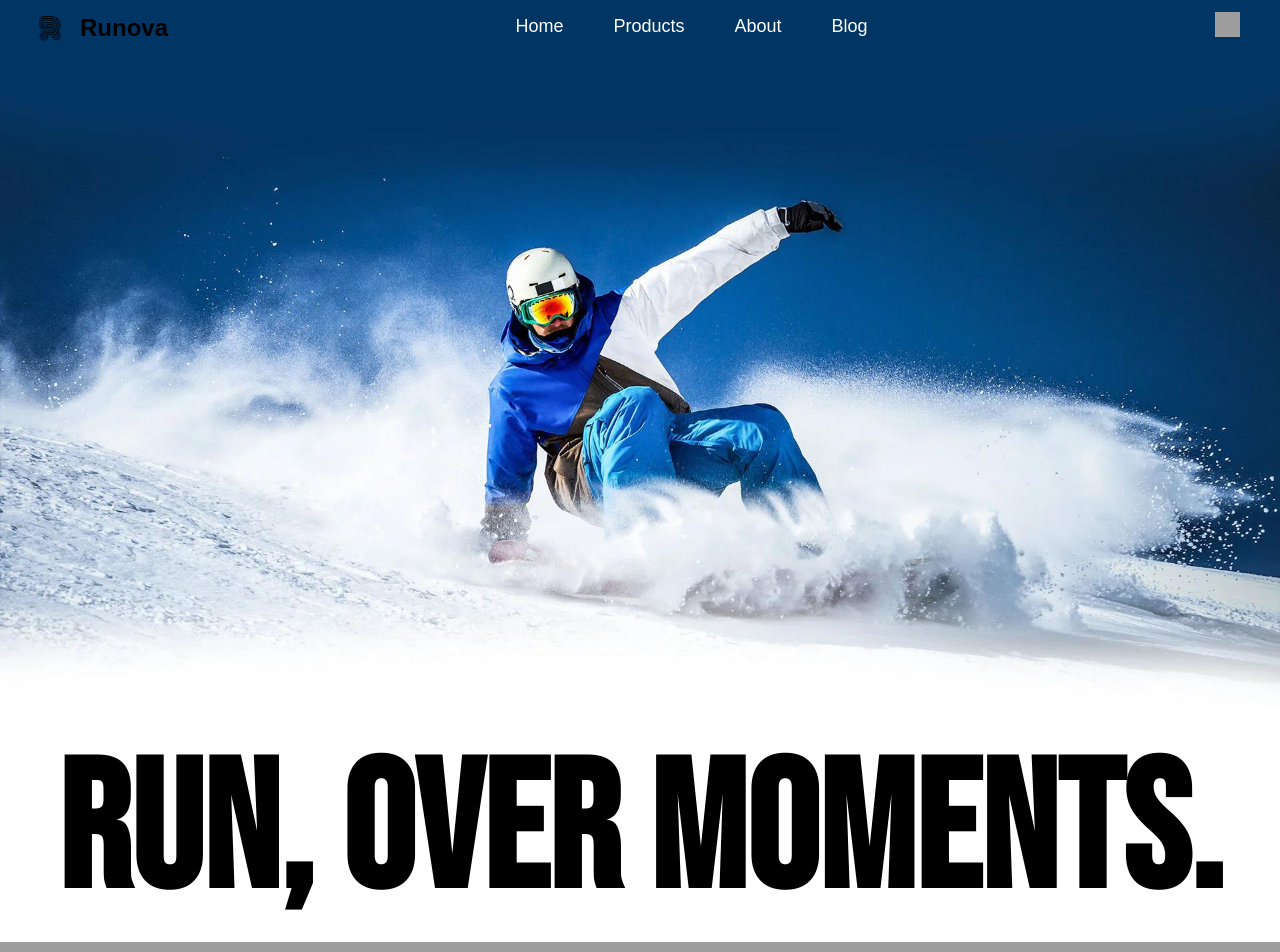
Repository: bluemoonsunshine/E-commerce-Website-Runova
Page: index.html
An editor plug-in stored every save of this project. The page is shown before and after a run of saves, followed by the edit.
The browser window is 1280 px wide. The pictures show the part of the page from y = 0 to 952 px (the page is 2893 px tall).
Pictures or frames that could not be fetched are drawn as grey boxes. Some web fonts or font styles are not loaded; a fallback is used.

Above is the page before, as saved 2024-09-25 22:58:40.

### index.html
<!DOCTYPE html>
<html lang="en">

<head>
  <meta charset="UTF-8">
  <meta name="viewport" content="width=device-width, initial-scale=1.0">
  <title>Runova</title>
  <link href="https://fonts.googleapis.com/css2?family=Anybody:wght@700&family=Bebas+Neue&display=swap"
    rel="stylesheet">
  <link href="https://fonts.googleapis.com/css2?family=Material+Symbols+Outlined" rel="stylesheet">
  <link rel="stylesheet" href="styles.css">
</head>

<body>
  <nav class="navbar">
    <div class="logo-container">
      <img src="logo/RunovaLogo.png" alt="Runova Logo">
      <span class="logo-text">Runova</span>
    </div>
    <ul>
      <li><a href="./home1.html">Home</a></li>
      <li><a href="#products">Products</a></li>
      <li><a href="#about">About</a></li>
      <li><a href="#blog">Blog</a></li>
    </ul>
    <a href="#cart"><img src="logo/shopping_cart.png" id="cart-icon" alt="Cart"></a>
  </nav>

  <div class="homepage">
    <img src="homepagebg.png" id="homepagebg">
    <h1></h1>
  </div>

<div class="container">
  <h1><span id="run">Run, over Moments.</span></h1>
  <video id="vid" poster="FeaturedVideo.webm" preload="metadata" autoplay muted loop>
    <source src="./FeaturedVideo.webm" type="video/mp4">
  </video>
</div>

<div id="ads">
  <div class="overlay-container">
    <img id="feat1" src="bg-featured.webp" alt="Featured Background">
    <button id="btn1">Join Now</button>
    <img id="kai-title" src="title-feat.png" alt="Title Image">
  </div>
</div>


    <div class="features">
      <div class="feature">
        <img src="logo/shipping.png" alt="" class="featureIcon" />
        <span class="featureTitle">FREE SHIPPING</span>
        <span class="featureDesc">Free worldwide shipping on all orders.</span>
      </div>
      <div class="feature">
        <img class="featureIcon" src="logo/return.png" alt="" />
        <span class="featureTitle">30 DAYS RETURN</span>
        <span class="featureDesc">No question return and easy refund in 14 days.</span>
      </div>
      <div class="feature">
        <img class="featureIcon" src="logo/gift.png" alt="" />
        <span class="featureTitle">GIFT CARDS</span>
        <span class="featureDesc">Buy gift cards and use coupon codes easily.</span>
      </div>
      <div class="feature">
        <img class="featureIcon" src="./logo/contact.png" alt="" />
        <span class="featureTitle">CONTACT US!</span>
        <span class="featureDesc">Keep in touch via email and support system.</span>
      </div>
    </div>











  <a href="#top" class="go-top-btn" data-go-top></a>
    <ion-icon name="arrow-up-outline"></ion-icon>
  </a>

  <script src="app.js"></script>
</body>

</html>

### styles.css
*{
    margin: 0;
    padding: 0;
    box-sizing: border-box;
}

body {
    font-family: Anybody, sans-serif;
    min-height: 200vh;
    background-color: rgba(255, 255, 255, 0.5);
    overflow-x: hidden;
}

.navbar {
    position: sticky;
    top: 0;
    display: flex;
    align-items: center;
    justify-content: space-between;
    background-color: #013564;
    padding: 10px 30px;
    z-index: 1000;
    transition: background 0.3s, padding 0.3s, box-shadow 0.3s, border-radius 0.3s;
}

.navbar ul{
    list-style: none;
    display: flex;
    justify-content: center;
    gap: 50px;
    margin: 0 auto;
    padding: 0;
    font-size: 18px;
    text-decoration: none;
    color: #ffffff;
  }

.logo-text{
  margin-top: 3px;
}
.navbar ul li a {
    text-decoration: none;
    color: #333;
    transition: color 0.3s;
}

.navbar  ul li a:hover {
    color: #24ec3f;
    cursor: pointer;
}

.navbar .logo-container {
    display: flex;
    align-items: center;
}

.navbar img {
    width: 40px;
    margin-right: 10px;
}

#cart-icon{
    width: 25px;
    height: 25px;
    transition: color 0.3s;
}
#cart-icon:hover {
    transform: scale(1.1);
}

.navbar .logo-text {
    font-size: 24px;
    font-weight: bold;
    color: #000000;
}

.scrolled {
    background-color: rgba(204, 211, 204, 0.801);
    backdrop-filter: blur(10px);
    padding: 20px 40px;
    border-radius: 25px;
    box-shadow: 0 4px 6px rgba(0, 0, 0, 0.1);
}

.scrolled-logo {
    color: #b8eeff;
}

h1 {
    font-family: "Bebas Neue", sans-serif;
    text-align: center;
    font-size: 180px;
    margin-top: 15px;
    padding-left: 0px;
    position: relative;
    z-index: 1;
}
#run:hover {
color: #24ec3f;
}

#homepagebg, #vid {
    width: 100vw;
    height: auto;
}

#homepagebg {
    object-fit: cover;
}

.overlay-container {
    position: relative;
    width: 100%;
    max-width: 100vw;
}




#feat1 {
    width: 100%;
    height: auto;
}

#btn1, #kai-title {
    position: absolute;
    z-index: 1;
}

#kai-title {
    left: 50px;
    top: 120px;
    width: 500px;
}

#btn1 {
    font-family: Anybody;
    left: 90px;
    top: 400px;
    height: 60px;
    width: 120px;
    font-size: 18px;
    border-radius: 10px;
    background-color: rgb(253, 253, 253);
    color: rgb(0, 0, 0);
}
#btn1:hover {
    background-color:#24ec3f;
}

#feat1 {
    width: 100%;
    height: auto;
}

#bgcolorimg{
    background-color:#24ec3f;
}

.features{
    display: flex;
    align-items: center;
    justify-content: space-between;
    margin-top: 250px;
    padding: 50px;
}

.feature{
    display:flex;
    flex-direction: column;
    align-items: center;
    text-align: center;
}

.featureIcon{
    width: 50px;
    height: 50px;

}
.featureTitle{
    font-size: 20px;
    margin: 5px;
}
.featureDesc {
  color: gray;
  width: 50%;
  height: 100px;
  font-family: 'Franklin Gothic Medium', 'Arial Narrow', Arial, sans-serif;
}






.go-top-btn {
  position: fixed;
  bottom: 20px;
  right: 20px;
  background: var(--green);
  color: var(--white);
  font-size: 20px;
  padding: 10px;
  border: 4px solid var(--white);
  border-radius: 50%;
  opacity: 0;
  visibility: hidden;
  transition: var(--transition-1);
  z-index: 2;
}

.go-top-btn.active {
  opacity: 1;
  visibility: visible;
}

.go-top-btn:is(:hover, :focus) { background: var(--salmon); }

### app.js
window.addEventListener("scroll", function() {
    const navbar = document.querySelector(".navbar");
    const logoText = document.querySelector(".logo-text");

    if (window.scrollY > 50) {
        navbar.classList.add("scrolled");
        logoText.classList.add("scrolled-logo");
    } else {
        navbar.classList.remove("scrolled");
        logoText.classList.remove("scrolled-logo");
    }
});

window.addEventListener("scroll", function () {
    const navbar = document.querySelector(".navbar");
    const logoText = document.querySelector(".logo-text");
    const links = document.querySelectorAll(".navbar ul li a");

    if (window.scrollY > 50) {
        navbar.classList.add("scrolled");
        logoText.classList.add("scrolled-logo");
        links.forEach(link => link.style.color = '#000'); // Change to black
    } else {
        navbar.classList.remove("scrolled");
        logoText.classList.remove("scrolled-logo");
        links.forEach(link => link.style.color = '#fff'); // Change to white
    }
});


document.querySelectorAll('.add-to-cart').forEach(button => {
    button.addEventListener('click', function () {
        const cart = document.getElementById('cart');
        cart.classList.toggle('show');
    });
});

After the next 2 saves:
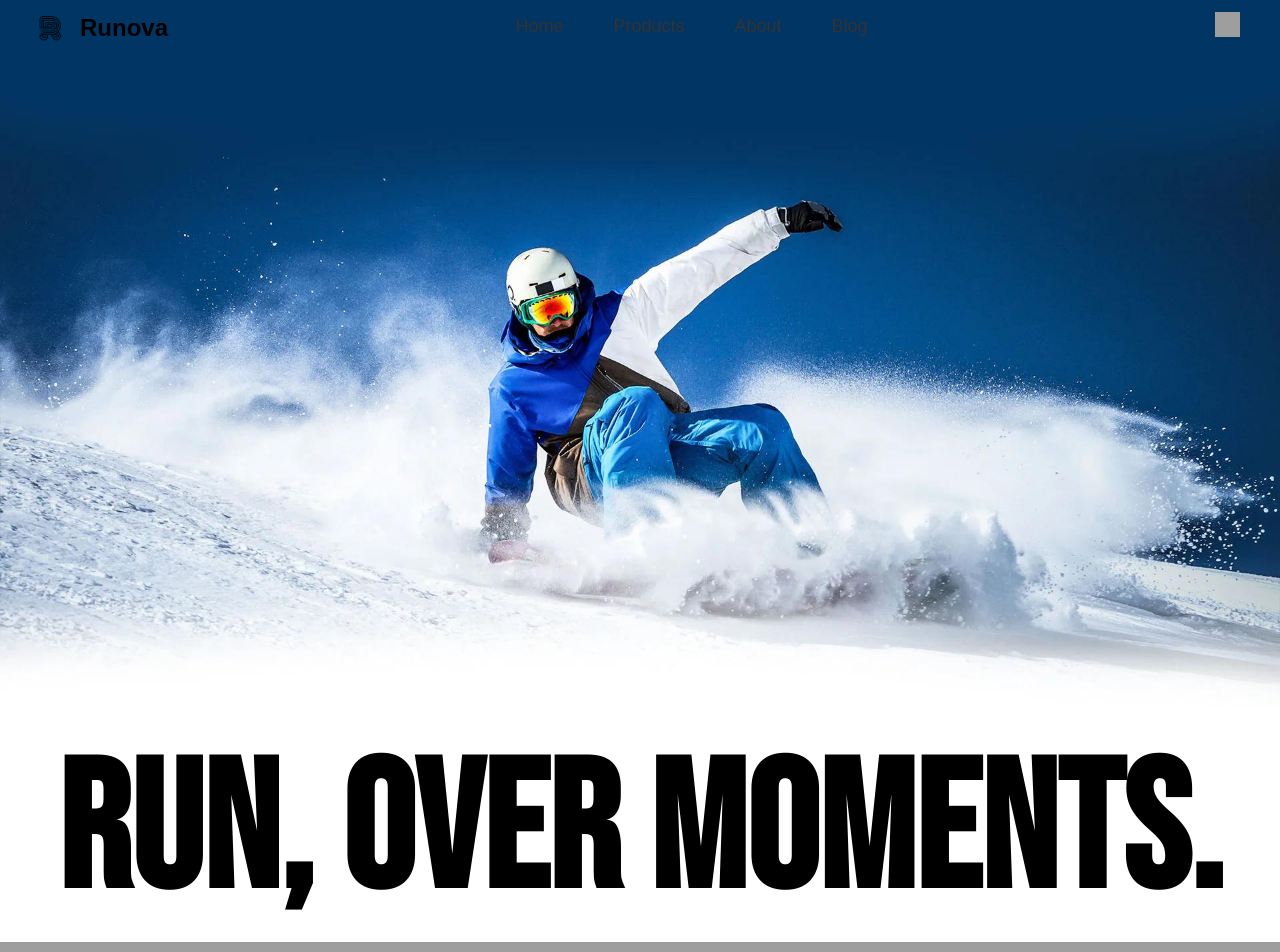
Console error: TypeError: Cannot read properties of null (reading 'classList')
The 2 saves are shown as one change because they came seconds apart.
The last was saved 6 s later.
--- a/app.js
+++ b/app.js
@@ -11,26 +11,21 @@ window.addEventListener("scroll", function() {
     }
 });
 
-window.addEventListener("scroll", function () {
-    const navbar = document.querySelector(".navbar");
-    const logoText = document.querySelector(".logo-text");
-    const links = document.querySelectorAll(".navbar ul li a");
-
-    if (window.scrollY > 50) {
-        navbar.classList.add("scrolled");
-        logoText.classList.add("scrolled-logo");
-        links.forEach(link => link.style.color = '#000'); // Change to black
-    } else {
-        navbar.classList.remove("scrolled");
-        logoText.classList.remove("scrolled-logo");
-        links.forEach(link => link.style.color = '#fff'); // Change to white
-    }
-});
 
 
-document.querySelectorAll('.add-to-cart').forEach(button => {
-    button.addEventListener('click', function () {
-        const cart = document.getElementById('cart');
-        cart.classList.toggle('show');
-    });
+
+
+
+
+const header = document.querySelector("[data-header]");
+const goTopBtn = document.querySelector("[data-go-top]");
+
+window.addEventListener("scroll", function () {
+  if (window.scrollY >= 80) {
+    header.classList.add("active");
+    goTopBtn.classList.add("active");
+  } else {
+    header.classList.remove("active");
+    goTopBtn.classList.remove("active");
+  }
 });
